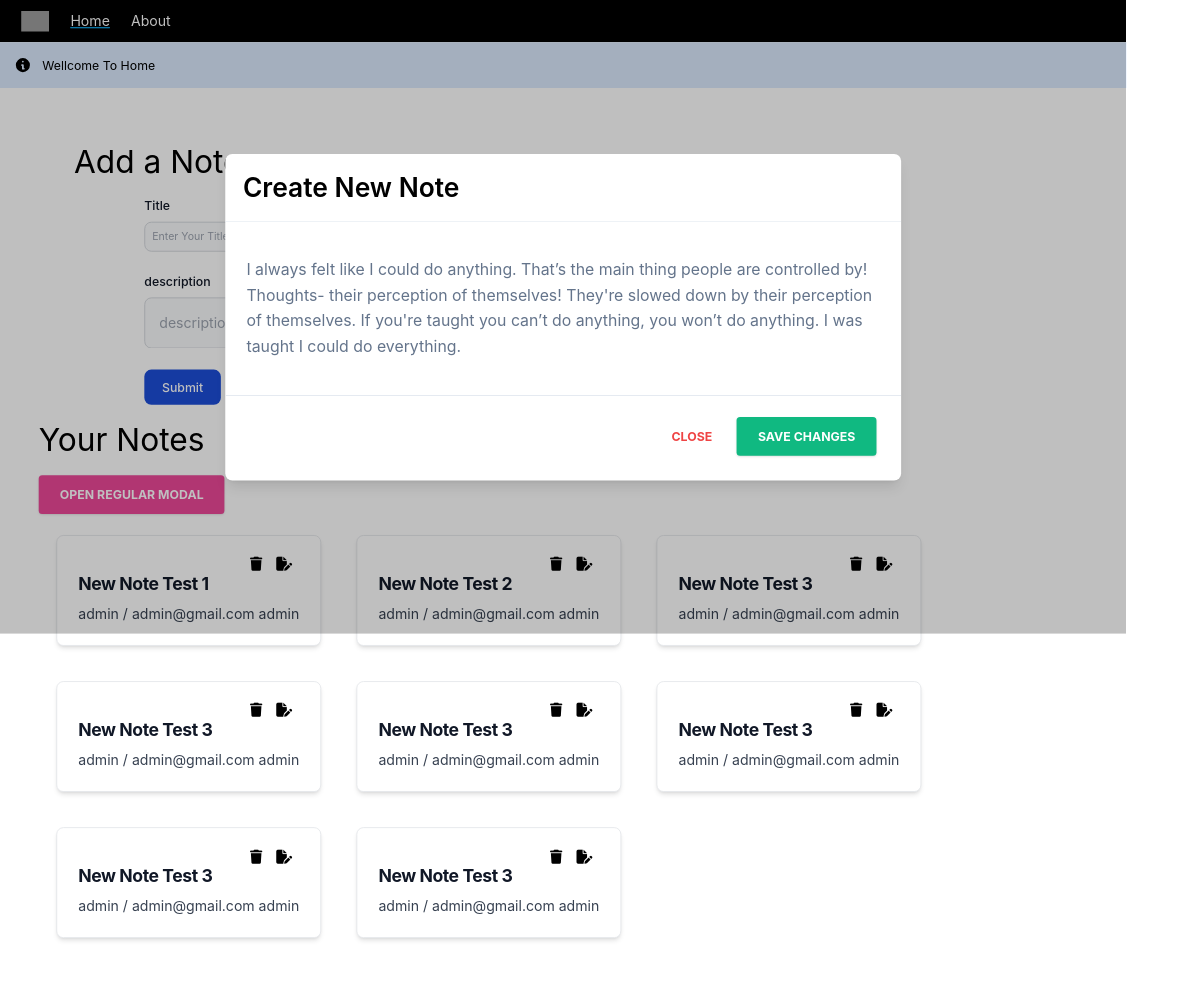
Repository: sonawaneteju4/iNote
Page: /, after clicking the first element matching `button.bg-pink-500`
These files come from the project's save history. The page is drawn as it stood at one moment and after the next save; the edit follows.
The browser window is 1280 px wide. The page is 1364 px wide, so the pictures cover 1364 px, including what lies to the right of the window. The pictures show the whole page, at 88% of full size.
Pictures or frames that could not be fetched are drawn as grey boxes. Some web libraries are served in a nearby version. The project was rebuilt for these pictures with package versions that can differ from the ones it lists, and the page was loaded fresh each time. Also part of the build but not shown: src/components/About.js.

Above is the page before, as saved 2022-10-10 20:07:10.

After the next save:
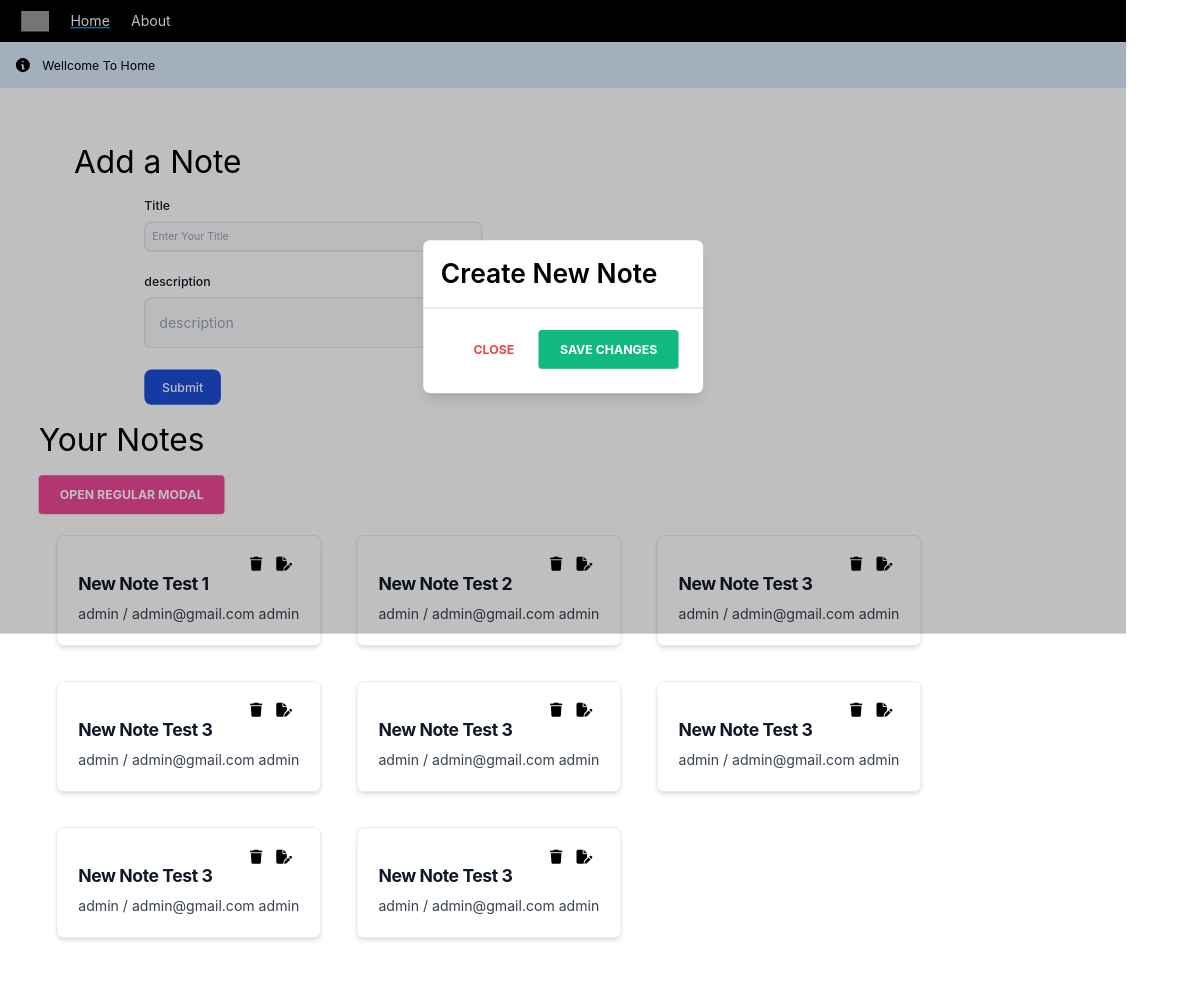
Saved 9 s later.
--- a/src/components/Notes.js
+++ b/src/components/Notes.js
@@ -43,15 +43,7 @@ const Notes = () => {
                   </button>
                 </div>
                 {/*body*/}
-                <div className="relative p-6 flex-auto">
-                  <p className="my-4 text-slate-500 text-lg leading-relaxed">
-                    I always felt like I could do anything. That’s the main
-                    thing people are controlled by! Thoughts- their perception
-                    of themselves! They're slowed down by their perception of
-                    themselves. If you're taught you can’t do anything, you
-                    won’t do anything. I was taught I could do everything.
-                  </p>
-                </div>
+
                 {/*footer*/}
                 <div className="flex items-center justify-end p-6 border-t border-solid border-slate-200 rounded-b">
                   <button
